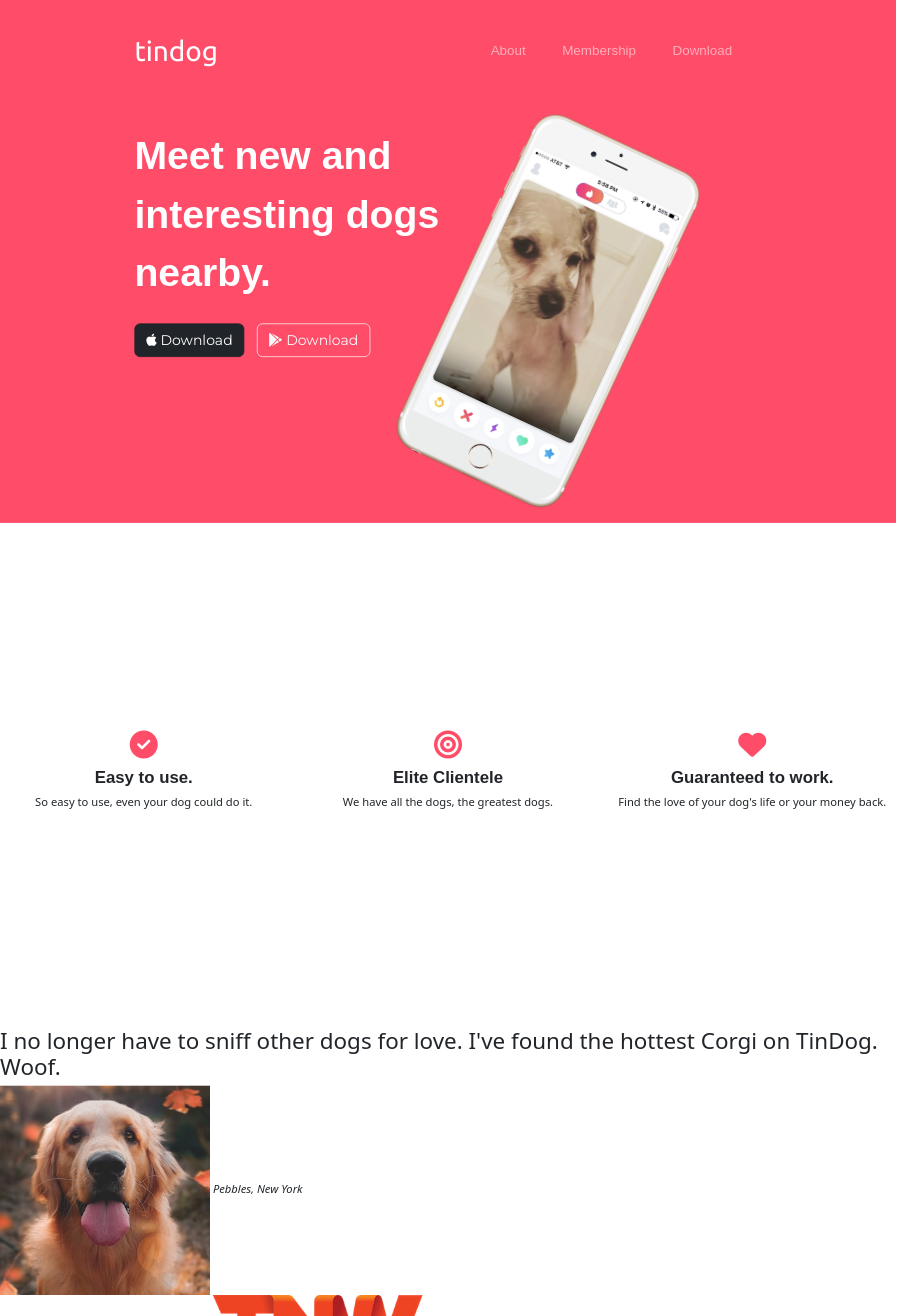
Repository: Mubarak150/tindog-bootstrap-project-brahma
Page: index.html
The author's editor kept a copy of each file at every save. The page is drawn from the files as they stood at one save, then again after the next save.
The browser window is 1280 px wide. The page is 1292 px wide, so the pictures cover 1292 px, including what lies to the right of the window. The pictures show the part of the page from y = 0 to 1880 px (the page is 2929 px tall), at 70% of full size.
Some web libraries are served in a nearby version.

Above is the page before, as saved 2023-08-22 20:43:22.

After the next save:
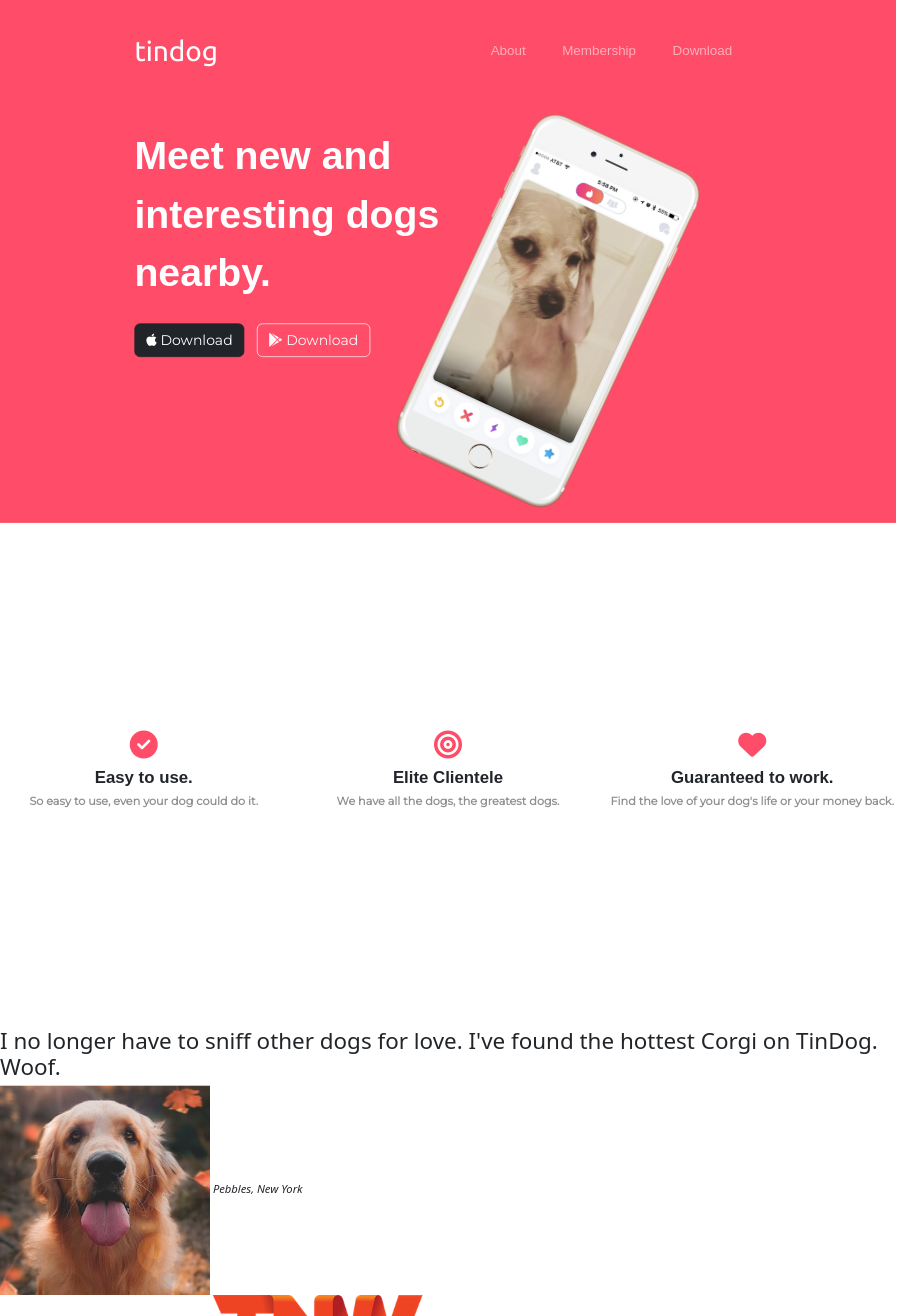
Saved 89 s later.
--- a/css/styles.css
+++ b/css/styles.css
@@ -58,3 +58,9 @@
   font-weight: 900;
   font-size: 1.5rem;
 }
+
+.feature-p {
+  font-family: 'Montserrat', sans-serif;
+  font-weight: 900;
+  color: #8f8f8f;
+}
